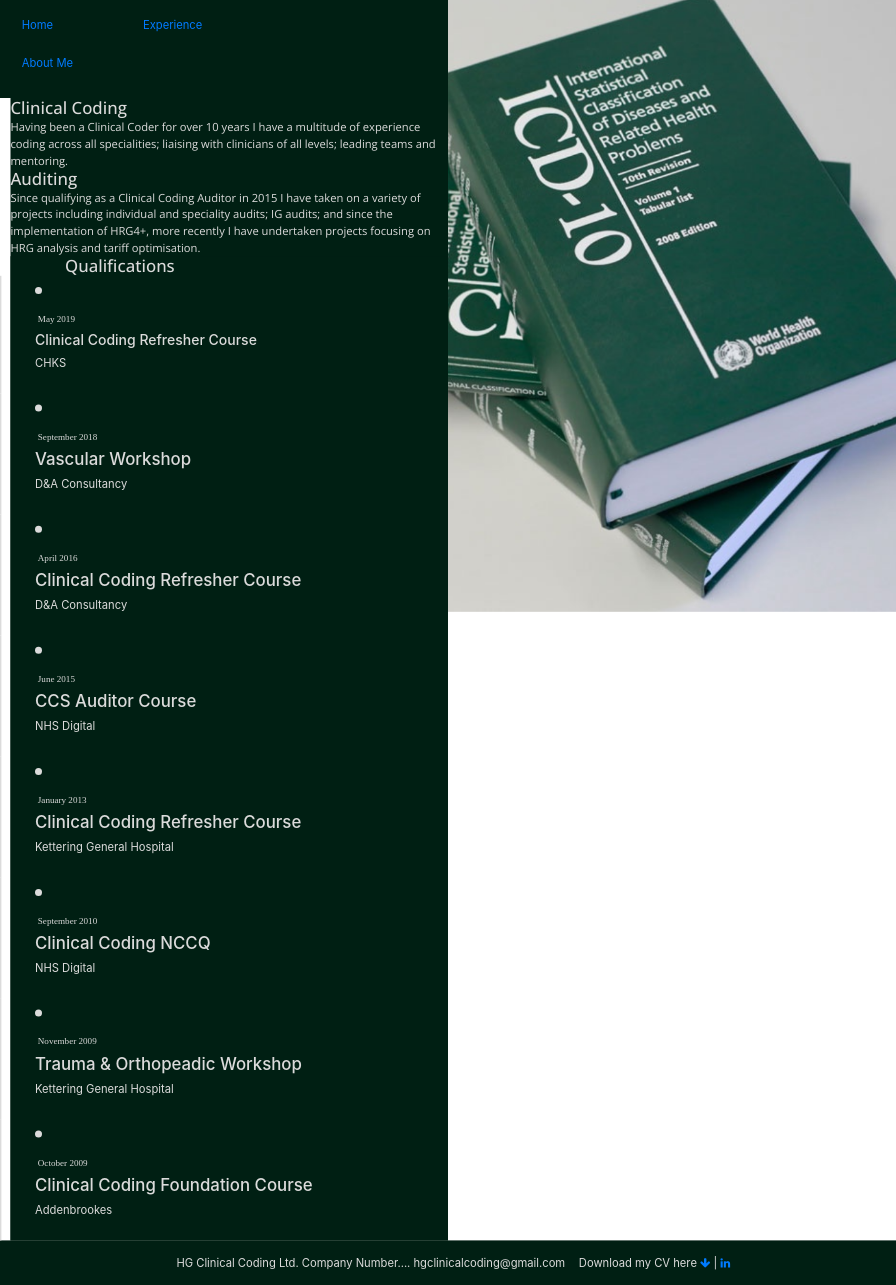
Repository: Code-Institute-Submissions/fsd-ms-project1-resume
Page: resume.html
The author's editor kept a record of every edit. The page is drawn from the files as they stood at one moment, then again after the next edit.
The browser window is 1280 px wide. The pictures show the whole page, at 70% of full size.
Some web fonts or font styles are not loaded; a fallback is used.

Above is the page before.

After the next edit:
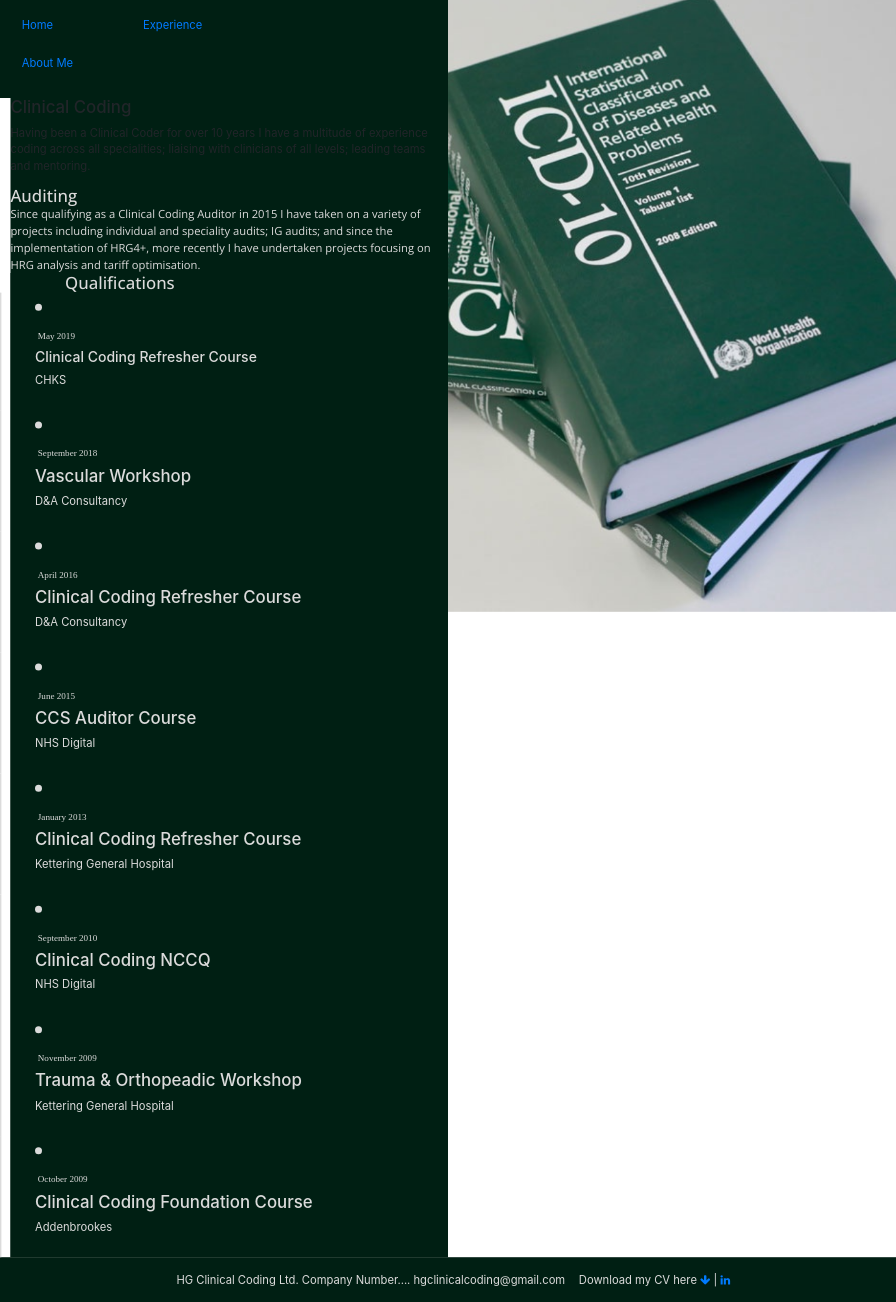
The edit:
--- a/assets/css/style.css
+++ b/assets/css/style.css
@@ -111,8 +111,9 @@
     text-align:center;
     font-family: 'Open Sans', sans-serif;
     color:#dbdbdb;
-
-}
+}
+
+bg-resume
 
 .coding {
     font-family: 'Open Sans', sans-serif;

After the edit that followed:
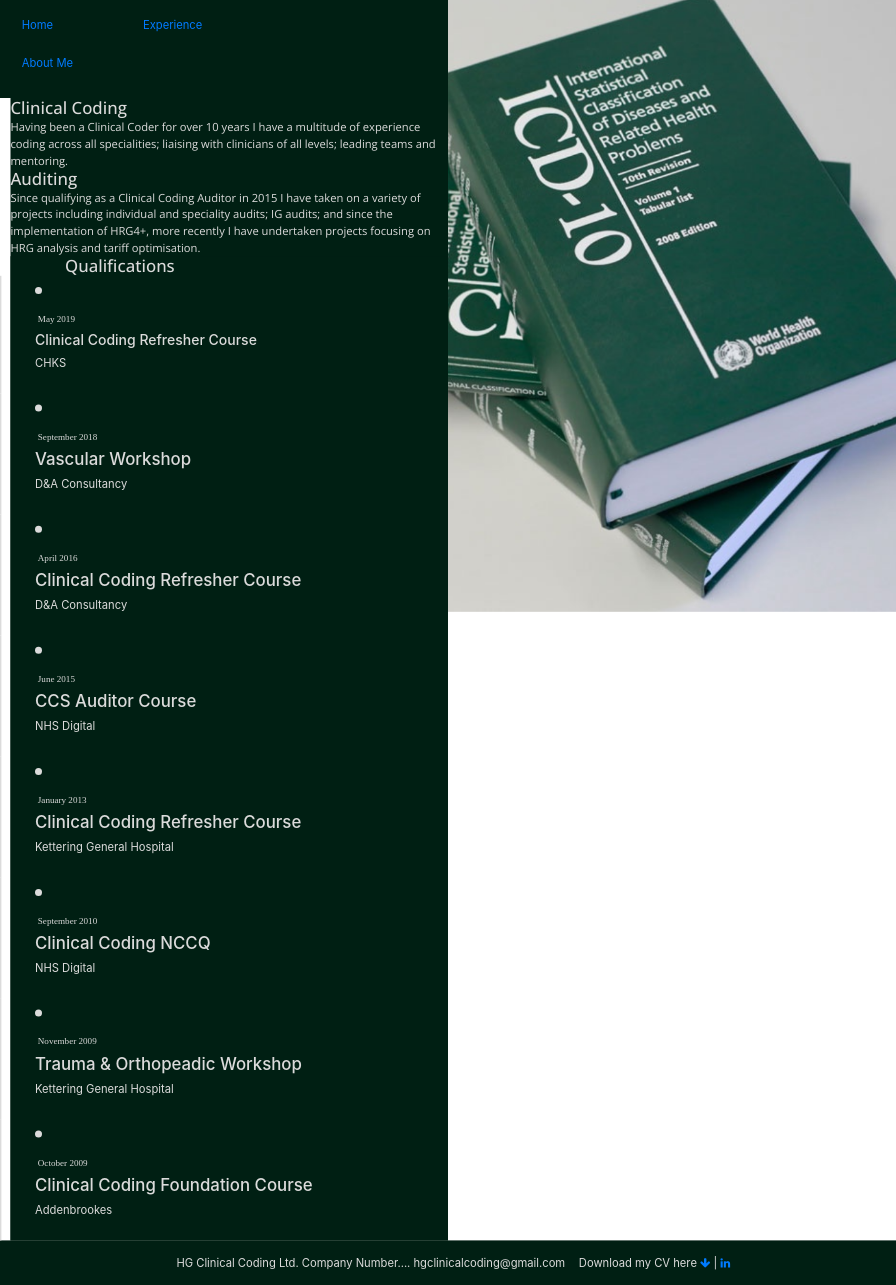
The edit:
--- a/assets/css/style.css
+++ b/assets/css/style.css
@@ -113,7 +113,10 @@
     color:#dbdbdb;
 }
 
-bg-resume
+.bg-resume {
+    margin:0;
+    padding:0;
+}
 
 .coding {
     font-family: 'Open Sans', sans-serif;
